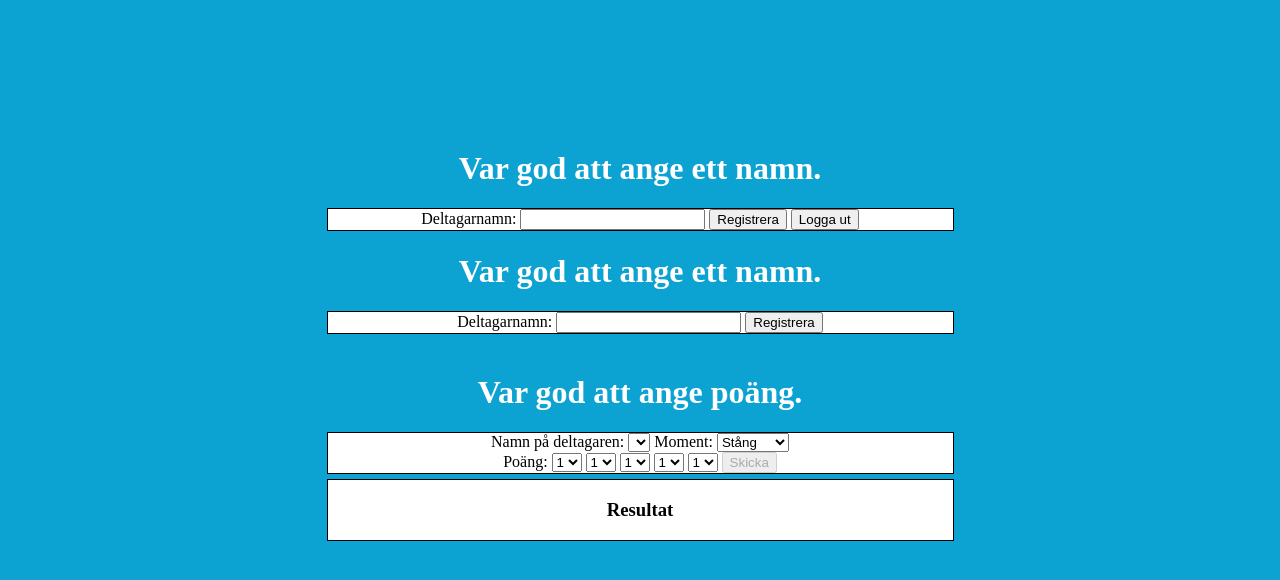
Repository: ms223uh/1dv404-tests
Page: www/logged.html
The author's editor kept a record of every edit. The page is drawn from the files as they stood at one moment, then again after the next edit.
The browser window is 1280 px wide. The pictures show the whole page.

Above is the page before.

### www/logged.html
<!DOCTYPE html>
<html lang="sv">

    <head>

        <meta charset="UTF-8">

        <title>Inloggning</title>
        <link rel="stylesheet" href="css/style.css">


       <script type="text/javascript" src="script/test.js"></script>
        <script type="text/javascript" src="script/logged.js"></script>


    </head>



    <body>


<div id="dataContainer">


    <h1>Var god att ange ett namn.</h1>


   <div id="dataBox">


   <form method="post" >

            Deltagarnamn: <input type="text" maxlength="18" name="addUser" id="addUser">


           <button type="submit" name="regUser" id="regUser">Registrera</button>

           <button type="submit" name="logOut" id="logOut">Logga ut</button>

          </form>



</div>





<h1>Var god att ange ett namn.</h1>


   <div id="dataBox">


   <form method="post" >

            Deltagarnamn: <input type="text" maxlength="18" name="addUser" id="addUser">


           <button type="submit" name="regUser" id="regUser">Registrera</button>



          </form>



</div>





    <br>



    <h1>Var god att ange poäng.</h1>


   <div id="dataBox">

            <form method="post" id="res">

            Namn på deltagaren: <select name="name" id="name">

            </select>


            Moment: <select name="Moment" id="moment">
                <option value="Stång">Stång</option>
                <option value="Trampet">Trampet</option>
            </select>
    <br>
    Poäng: <select name="adding" id="adding">
                <option value="1">1</option>
                <option value="2">2</option>
                <option value="3">3</option>
                <option value="4">4</option>
                <option value="5">5</option>

            </select>

            <select name="adding" id="adding">
                <option value="1">1</option>
                <option value="2">2</option>
                <option value="3">3</option>
                <option value="4">4</option>
                <option value="5">5</option>

            </select>

            <select name="adding" id="adding">
                <option value="1">1</option>
                <option value="2">2</option>
                <option value="3">3</option>
                <option value="4">4</option>
                <option value="5">5</option>

            </select>

            <select name="adding" id="adding">
                <option value="1">1</option>
                <option value="2">2</option>
                <option value="3">3</option>
                <option value="4">4</option>
                <option value="5">5</option>

            </select>

            <select name="adding" id="adding">
                <option value="1">1</option>
                <option value="2">2</option>
                <option value="3">3</option>
                <option value="4">4</option>
                <option value="5">5</option>

            </select>


           <button type="submit" name="submit" id="submit">Skicka</button>


          </form>


        </div>

<div id="resultat">
            <h3>Resultat</h3>



        </div>

        </div>




    </body>



</html>

### www/css/style.css
body
{
    background: #0ca3d2;
}

#inlogBox
{
    width: 625px;
    height: 25px;
    border: solid 1px #000;
    background: #fff;

    text-align: center;
    margin-left: auto ;
    margin-right: auto ;
    position: relative;
    top: 50%;
    transform: translateY(600%);


}


#dataBox
{
    width: 625px;
    height: auto;
    border: solid 1px #000;
    background: #fff;

    text-align: center;
    margin-left: auto ;
    margin-right: auto ;



}


#resultat
{
     width: 625px;
    max-height: 395px;
    overflow-y: scroll;
    border: solid 1px #000;
    background: #fff;

    text-align: center;
    margin-left: auto ;
    margin-right: auto ;
    margin-top: 5px;




}

#dataContainer
{
    width: 630px;
    height: auto;
    text-align: center;
   margin-left: auto;
   margin-right: auto;
    margin-top: 150px;
}

#dataContainer h1{
    color: #fff;
}


#testBox{

   width: 630px;
    height: auto;
    text-align: center;
   margin-left: auto;
   margin-right: auto;
    margin-top: 50px;
    background-color: #fff;
    border: solid 1px #000;
}

### www/script/test.js



 window.onload = function(){


// Provar användarnamn
        var name = Main.userName;
        if (name === Main.Name) {

            console.log("Test OK!");

        }
        else{
            console.log("Test Fail!");
        }


        if (name != Main.Name) {

            console.log("Test2 OK!");

        }
        else{
            console.log("Test2 Fail!");
        }



        // Testar lösenord

        var word = Main.passWord;
        if (word === Main.Word) {

            console.log("Test OK!");
        }
        else{
            console.log("Test Fail!");
        }

   if (word != Main.Word) {

            console.log("Test2 OK!");
        }
        else{
            console.log("Test2 Fail!");
        }



// Kollar om användaren har lagt till en deltagare till arrayen eller ej.

var addChar = userMain.users;
if(addChar.length === null){
    console.log("Test3 OK! - Array = Empty.")
}
else
{
    console.log("Test3 Fail! - Array have item.")
}


// Kollar om värdet för

var Points = userMain.resTot;
if(Points === 1 || Points < 6){
    console.log("Test OK! - Points is in intervall between 1 and 5.");
}
else{
    console.log("Test Fail! - Ponts is not in intervall between 1 and 5.")
}



// Kollar om logga ut funktionen fungerar





    var send = document.getElementById("send");

    send.onclick = function(e){

        window.location = "startpage.html";

    };






};

### www/script/logged.js
"use strict"









var userMain = {

  users : [],
  summ : [],
  resTot : 0,

addUser : function(){
    document.getElementById("submit").disabled = true;
 var AddUser = document.getElementById("addUser");
 var optionName = document.getElementById("name");
 var RegUser = document.getElementById("regUser");
        RegUser.onclick =  function(e){
            document.getElementById("submit").disabled = false;
            e.preventDefault();
            userMain.users.push(AddUser.value);
            var option = document.createElement("option");
            option.innerHTML = AddUser.value;
            optionName.appendChild(option);
            console.log(userMain.users);

        };



},
















Start : function(){

    console.log("Load");

    var name = document.getElementById("name");

    var moment = document.getElementById("moment");
    var adding = document.getElementById("adding");
   var Submit = document.getElementById("submit");
   console.log();

var x = document.forms["res"]["name"].value;




    Submit.onclick = function(e){

        var sum = userMain.summ;

        var addArr = document.querySelectorAll("#adding");
        for (var i = 0; i < addArr.length; i++) {
                sum.push(addArr[i].value);
        }
        sum.sort();
        sum.splice(sum.length-1, 1);
        sum.splice(0, 1);
        console.log(sum);


        var totRes = userMain.resTot;
        var One = parseInt(sum[0]);
        var Two = parseInt(sum[1]);
        var Three = parseInt(sum[2]);
        totRes = Math.round(((One + Two + Three )/3));
        e.preventDefault();
        console.log(totRes);

        userMain.Add (name.value, moment.value, totRes);


        }

},



Add : function(namn, gren, points){


    var resultat = document.getElementById("resultat");
    var pTag = document.createElement("p");


    pTag.innerHTML += "<b>Namn på deltagaren:</b> " +namn +"<br />";
    pTag.innerHTML += "<b>Moment:</b> "+ gren +"<br />";
    pTag.innerHTML += "<b>Antal poäng:</b> "+ points +"<br />";

    resultat.appendChild(pTag);






},

logOut : function(){

 var logOut = document.getElementById("logOut");

        logOut.onclick =  function(e){

            e.preventDefault();

            alert("Tack för ditt besök - Välkommen åter!");

            window.location = "startpage.html";

        };



},



}




window.onload = function(){
    userMain.Start();
    userMain.logOut();
    userMain.addUser();

}

After the next edit:
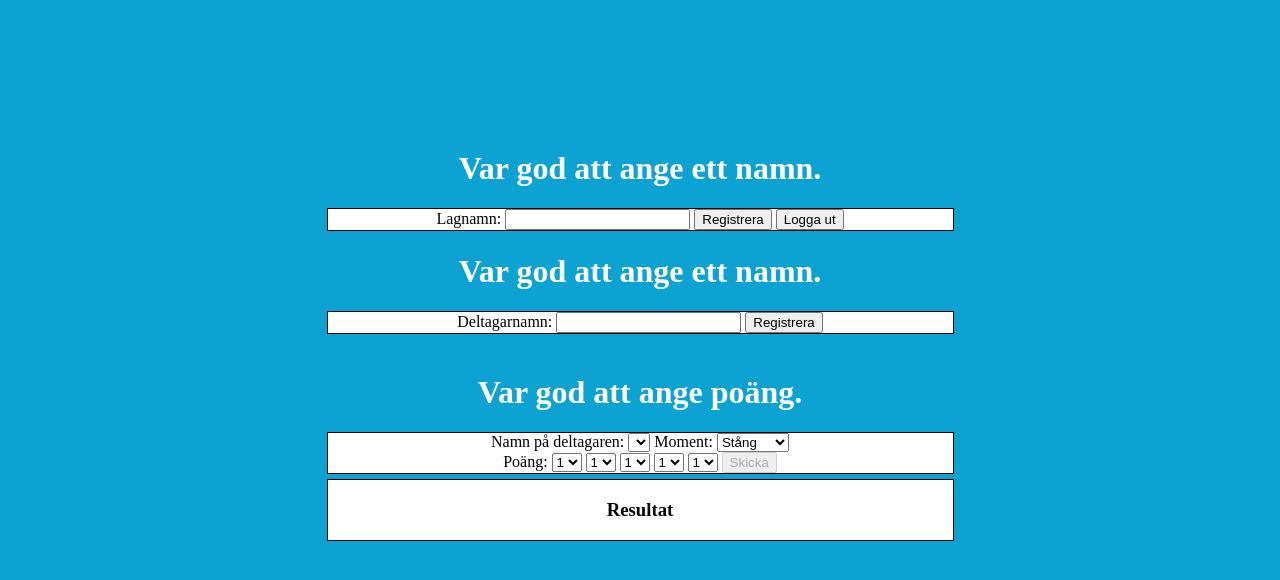
The edit:
--- a/www/logged.html
+++ b/www/logged.html
@@ -31,7 +31,7 @@
 
    <form method="post" >
 
-            Deltagarnamn: <input type="text" maxlength="18" name="addUser" id="addUser">
+            Lagnamn: <input type="text" maxlength="18" name="addUser" id="addUser">
 
 
            <button type="submit" name="regUser" id="regUser">Registrera</button>
